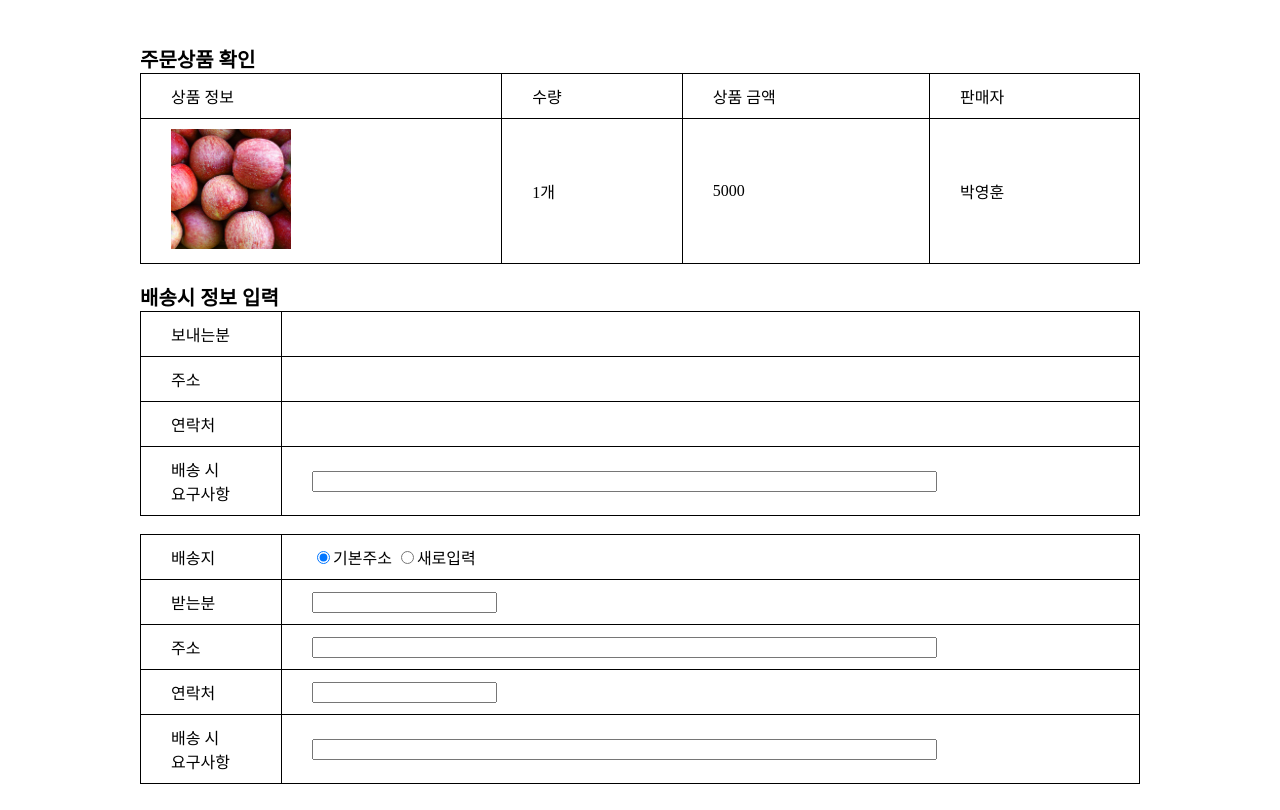
Repository: fellownew/project_workspace
Page: http://localhost/shoppingmall/WEB-INF/view/body/buyer/buyer_order_form.jsp
An editor plug-in stored every save of this project. The page is shown before and after the next save, followed by the edit.
The browser window is 1280 px wide. The pictures show the whole page.
The page is served by Tomcat 9. Nobody is signed in. The template is opened directly, without the code that normally fills it, so the values that code supplies are empty.

Above is the page before, as saved 2015-06-03 11:40:26.
Console error: ReferenceError: $ is not defined

After the next save:
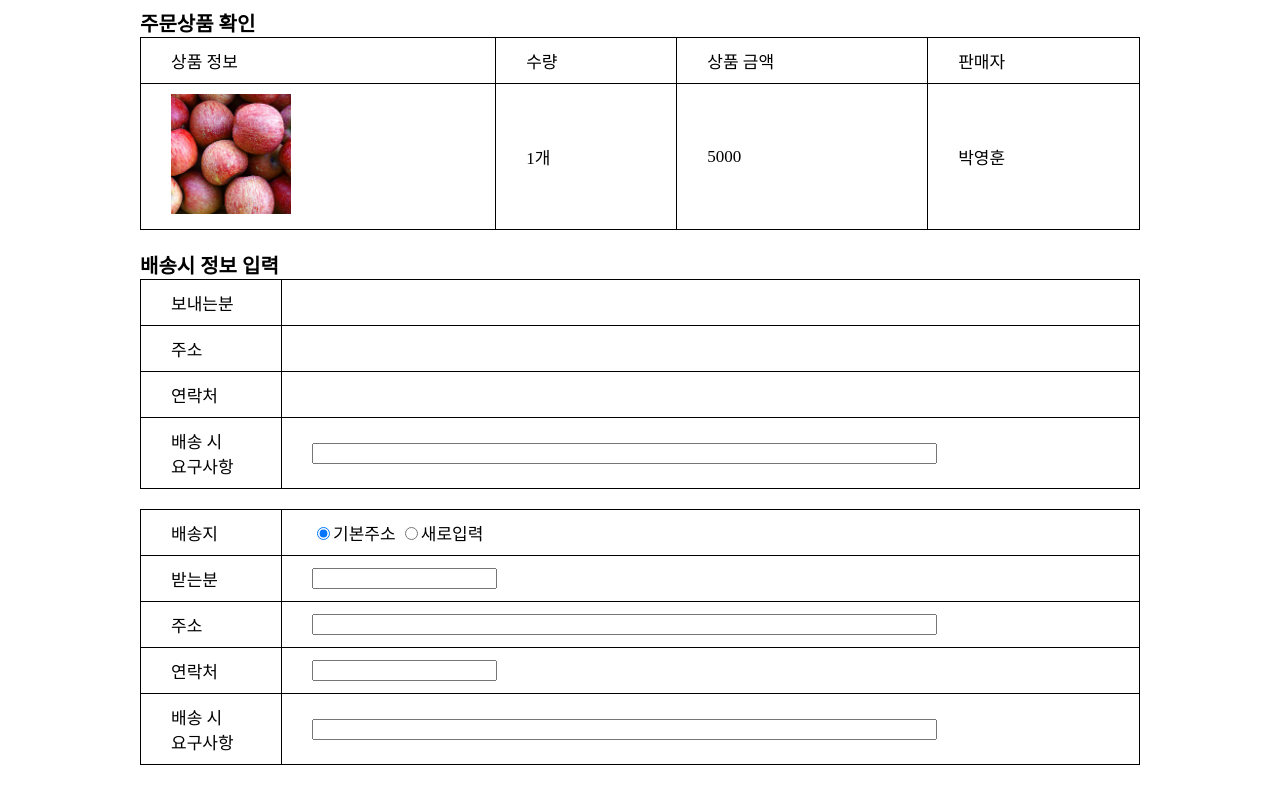
Saved 44 s later.
--- a/shoppingmall/WebContent/WEB-INF/view/body/buyer/buyer_order_form.jsp
+++ b/shoppingmall/WebContent/WEB-INF/view/body/buyer/buyer_order_form.jsp
@@ -2,12 +2,8 @@
 <%@ taglib prefix="c" uri="http://java.sun.com/jsp/jstl/core"%>
 <%@ taglib prefix="fn" uri="http://java.sun.com/jsp/jstl/functions"%>
 <!DOCTYPE html>
-<html>
-<head>
 <meta charset="UTF-8">
 <link rel="stylesheet" type="text/css" href="<%=request.getContextPath()%>/css/order.css">
-<title>Insert title here</title>
-</head>
 
 <script type="text/javascript">
 	$(document).ready(function(){
@@ -23,22 +19,22 @@
 
 	$(document).ready(function(){
 		$("#test2").on("click",function(){
- 			//$("#text1").prop("readonly", false).val("");
-			//$("#text2").prop("readonly", false).val("");
-			//$("#text3").prop("readonly", false).val("");
-			$("#td1").html($("<input id='text1' value='" + $("#td1").html() + "'>"));
-			$("#td2").html($("<input id='text2' value='" + $("#td2").html() + "'>"));
-			$("#td3").html($("<input id='text3' value='" + $("#td3").html() + "'>"));
+ 			$("#text1").prop("readonly", false).val("");
+			$("#text2").prop("readonly", false).val("");
+			$("#text3").prop("readonly", false).val("");
+			//$("#td1").html($("<input id='text1' value='" + $("#td1").html() + "'>"));
+			//$("#td2").html($("<input id='text2' value='" + $("#td2").html() + "'>"));
+			//$("#td3").html($("<input id='text3' value='" + $("#td3").html() + "'>"));
 		});
 	});
 </script>
 
 
 
-<body>
+<div>
 <!-- 	<fieldset style="height:500px"> -->
 
-	<table class="center"><br><br>
+	<table class="center">
 		<caption style="text-align:left; font-weight:bold; font-size:20px" >주문상품 확인</caption>
 		<thead>
 			<tr>
@@ -79,10 +75,11 @@
 				<td>배송 시<br>요구사항</td>
 				<td style="text-align:left"><input type="text" name="" id="" size="75"></td>
 			</tr>
+			</thead>
 	</table><br>
 
 	<table class="center">
-
+		<thead>
 			<tr>
 				<td style="width:80px">배송지</td>
 				<td style="text-align:left">
@@ -112,5 +109,4 @@
 
 		</thead>
 	</table><br>
-</body>
-</html>
+</div>
